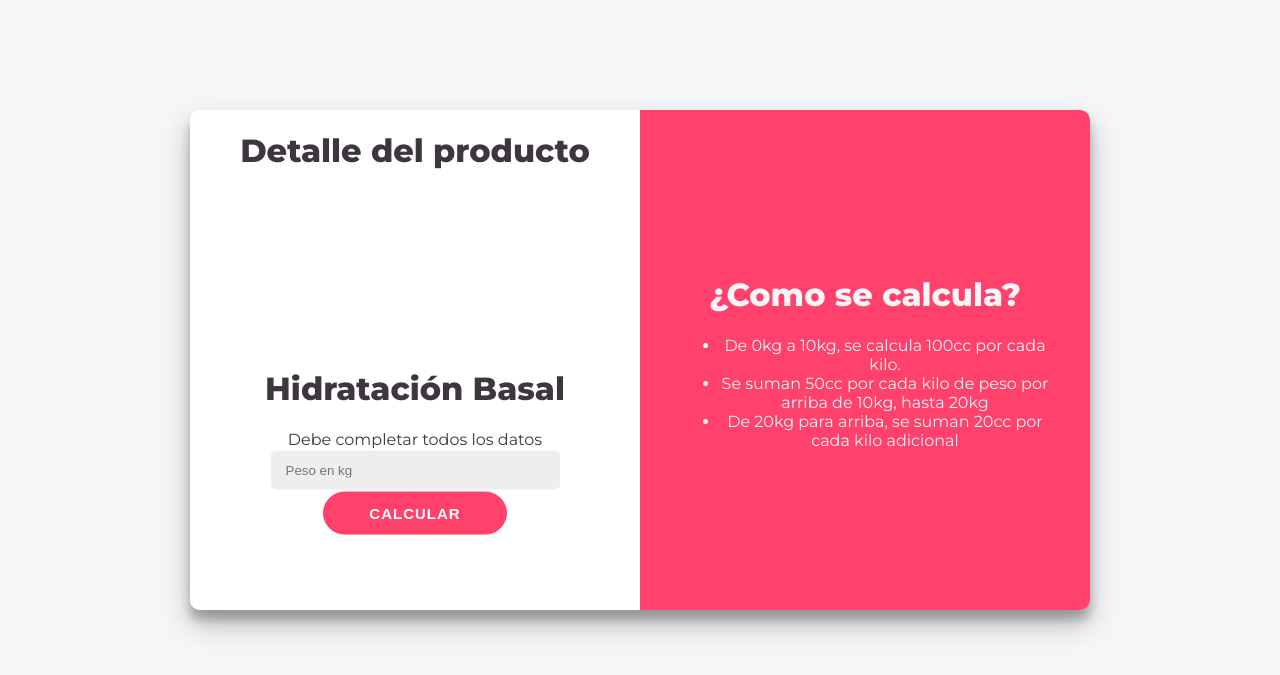
Repository: Fredy452/calculadora_basal
Page: index.html
The author's editor kept a copy of each file at every save. The page is drawn from the files as they stood at one save, then again after the next save.
The browser window is 1280 px wide. The pictures show the whole page.

Above is the page before, as saved 2023-04-21 11:49:03.

After the next save:
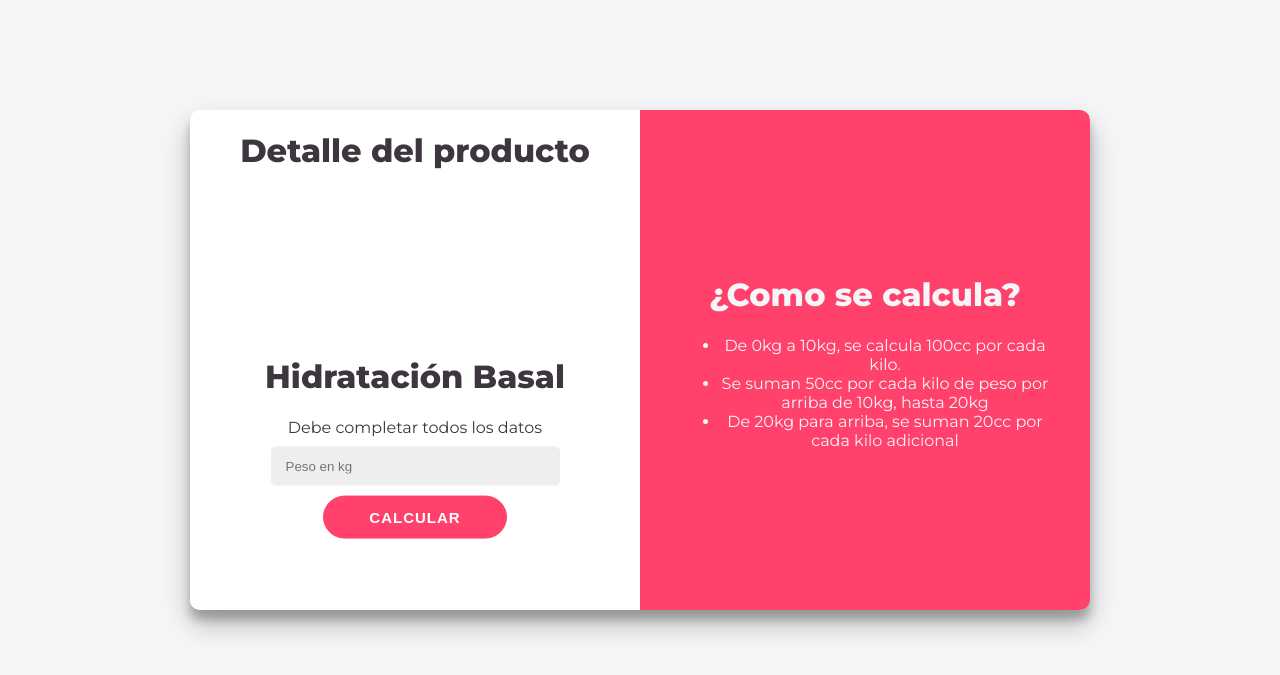
Saved 44 s later.
--- a/style.css
+++ b/style.css
@@ -80,5 +80,5 @@ button:active{
     display: none;
 }
 .item{
-    margin: 2px;
+    margin: 10px;
 }
